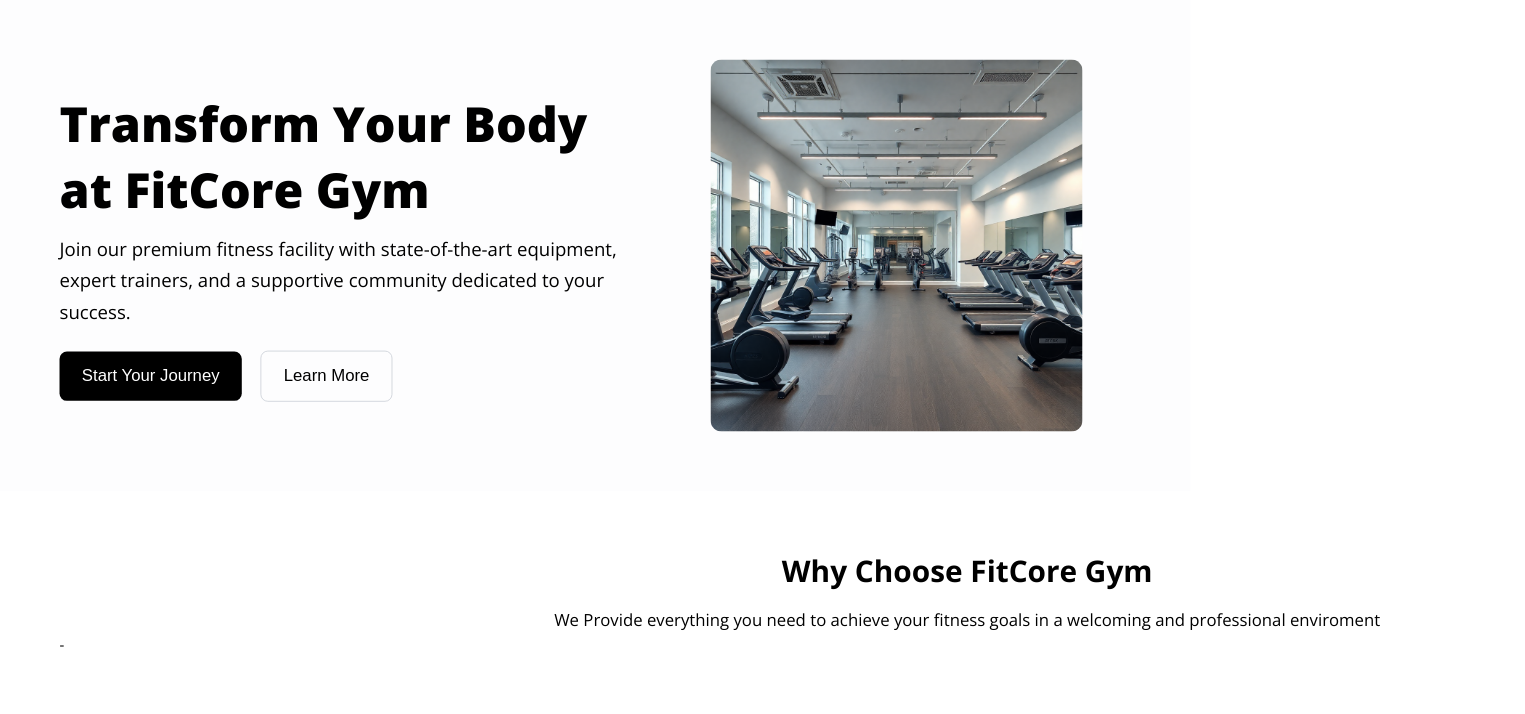
Repository: abdobadawi-ops/Route-Academy-Assignments
Page: Secon Assignment - fit-core-gym/index.html
These files come from the project's save history. The page is drawn as it stood at one moment and after the next save; the edit follows.
The browser window is 1280 px wide. The page is 1640 px wide, then 1280 px, so the pictures cover 1640 px, including what lies to the right of the window. The pictures show the whole page, at 93% of full size.

Above is the page before, as saved 2026-04-28 12:41:56.

### Secon Assignment - fit-core-gym/index.html
<!doctype html>
<html lang="en">
  <head>
    <meta charset="UTF-8" />
    <meta name="viewport" content="width=device-width, initial-scale=1.0" />
    <title>FitCore Gym | Assignment 2</title>
    <link rel="shortcut icon" href="./imgs/favicon.png" type="image/x-icon" />
    <link rel="preconnect" href="https://fonts.googleapis.com" />
    <link rel="preconnect" href="https://fonts.gstatic.com" crossorigin />
    <link
      href="https://fonts.googleapis.com/css2?family=Open+Sans:ital,wght@0,300..800;1,300..800&display=swap"
      rel="stylesheet"
    />
    <link rel="stylesheet" href="./style.css" />
  </head>
  <body>
    <header>
      <div class="container grid-2-cols">
        <div class="left">
          <h1>Transform Your Body at FitCore Gym</h1>
          <p>
            Join our premium fitness facility with state-of-the-art equipment,
            expert trainers, and a supportive community dedicated to your
            success.
          </p>
          <div class="buttons">
            <button class="btn btn--main">Start Your Journey</button>
            <button class="btn btn--alt">Learn More</button>
          </div>
        </div>
        <img src="./imgs/hero-section-img.png" alt="fitcore gym" />
      </div>
    </header>
    <section>
      <div class="section-heading">
        <div class="container">
          <h2>Why Choose FitCore Gym</h2>
          <p>
            We Provide everything you need to achieve your fitness goals in a
            welcoming and professional enviroment
          </p>
        </div>
      </div>
      -
    </section>
  </body>
</html>

### Secon Assignment - fit-core-gym/style.css
/* variables */
:root {
  --main-color: #000;
  --section-color: oklch(98.5% 0.002 247.839);
}

/* global rules */
* {
  box-sizing: border-box;
  margin: 0;
  padding: 0;
}

body {
  font-family: "Open Sans", sans-serif;
}

.container {
  width: 1200px;
  margin-inline: auto;
}

/* components */

.section-heading {
  text-align: center;
  width: 400px;
  margin-inline: auto;

  h2 {
    font-size: 32px;
    margin-bottom: 16px;
  }

  p {
    font-size: 18px;
    line-height: 1.7;
  }
}

/* header */

header {
  background-color: #fdfdfe;
  padding: 64px;
  & h1 {
    font-size: 52px;
    font-weight: 900;
  }

  p {
    font-size: 20px;
    line-height: 1.7;
    margin-top: 12px;
    margin-bottom: 24px;
  }

  .btn {
    background: none;
    border: none;
    font-size: 18px;
    color: #fff;
    padding: 16px 24px;
    border-radius: 8px;
    cursor: pointer;
  }

  .buttons {
    display: flex;
    align-items: center;
    gap: 20px;
  }

  .btn--main {
    background-color: var(--main-color);
  }

  .btn--alt {
    background-color: #fdfdfe;
    color: #000;
    border: 1px solid #d1d5dc;
  }

  img {
    width: 400px;
    justify-self: center;
    border-radius: 12px;
  }
}

.grid-2-cols {
  display: grid;
  grid-template-columns: repeat(2, 1fr);
  align-items: center;
}

section {
  padding: 64px;
}

After the next save:
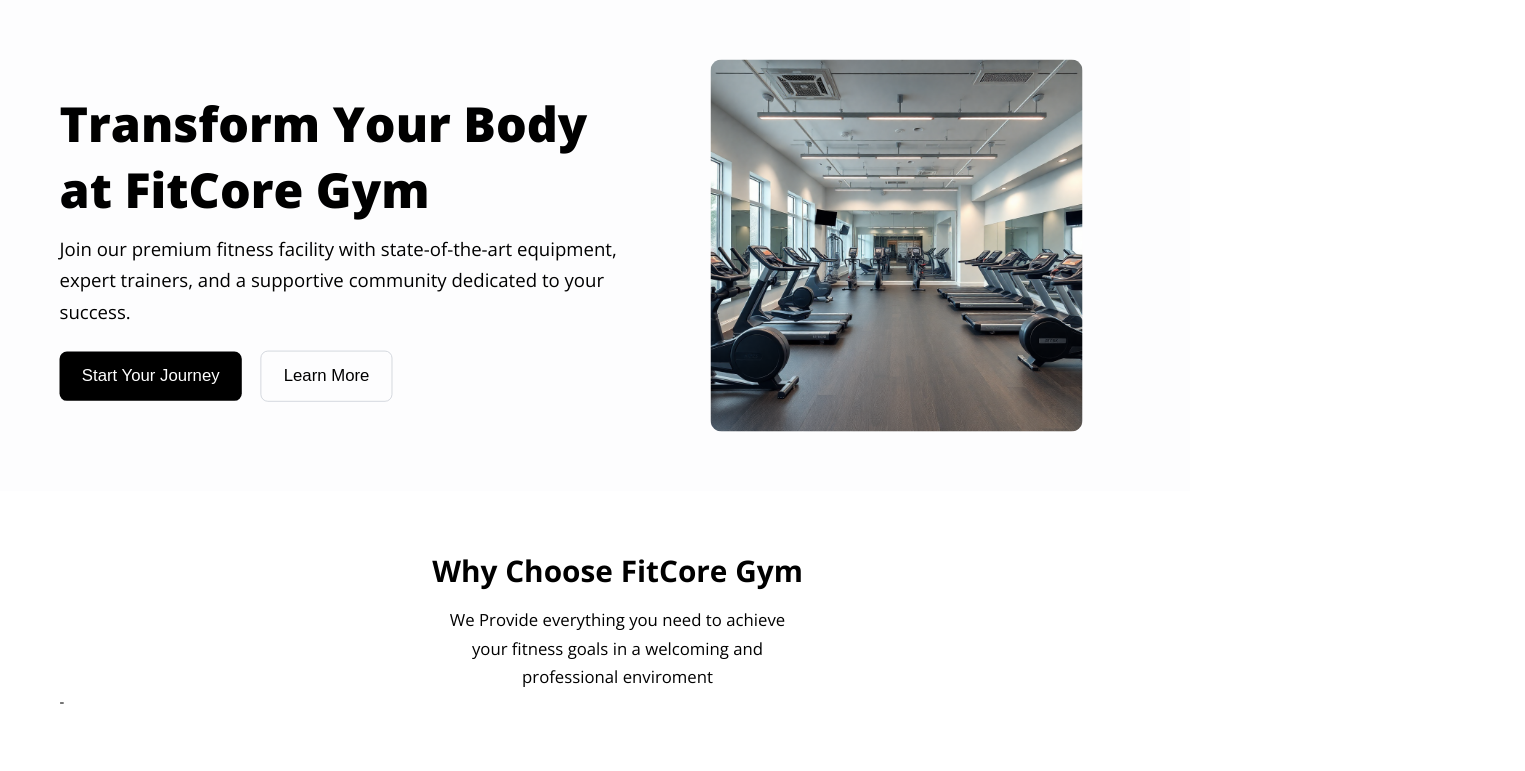
Saved 31 s later.
--- a/Secon Assignment - fit-core-gym/index.html
+++ b/Secon Assignment - fit-core-gym/index.html
@@ -32,8 +32,8 @@
       </div>
     </header>
     <section>
-      <div class="section-heading">
-        <div class="container">
+      <div class="container">
+        <div class="section-heading">
           <h2>Why Choose FitCore Gym</h2>
           <p>
             We Provide everything you need to achieve your fitness goals in a
